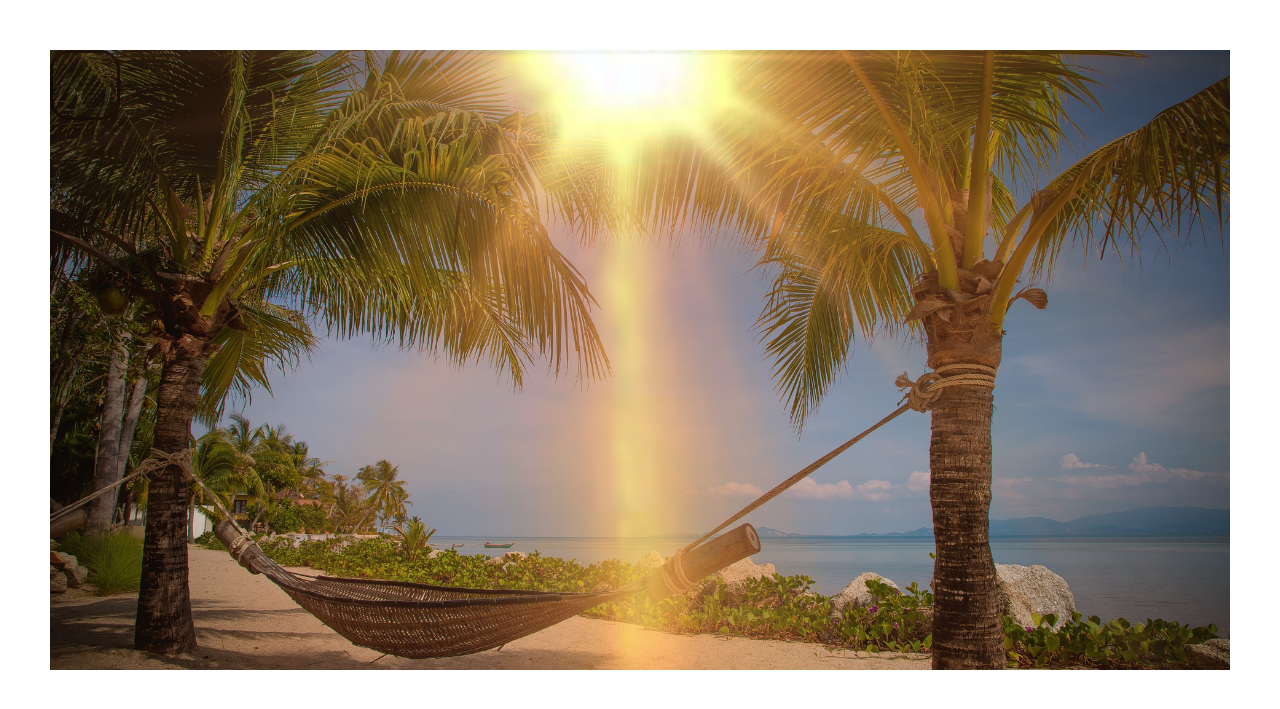
Repository: NadiaSchmitz/wetter.githab.io
Page: index.html
The author's editor kept a record of every edit. The page is drawn from the files as they stood at one moment, then again after the next edit.
The browser window is 1280 px wide. The pictures show the whole page.

Above is the page before.

### index.html
<!DOCTYPE html>
<html>

<head>
  <meta charset="utf-8" />
  <title>Das Wetter</title>
  <link rel="stylesheet" href="./styles/reset.css" type="text/css" />
  <link rel="stylesheet" href="./styles/style.css" type="text/css" />
  <link rel="stylesheet" href="./styles/icons.css" type="text/css" />
  <meta name="viewport" content="width=device-width, initial-scale=1.0">
  <link rel="preconnect" href="https://fonts.googleapis.com">
  <link rel="preconnect" href="https://fonts.gstatic.com" crossorigin>
  <link href="https://fonts.googleapis.com/css2?family=Roboto+Condensed:wght@300&display=swap" rel="stylesheet">
  <link rel="shortcut icon" href="images/favicon.png" type="image/x-icon">
  <script src="https://ajax.googleapis.com/ajax/libs/jquery/2.2.0/jquery.min.js"></script>

</head>

<body>
  <section class="wrapper">
    <section class="inner_wrapper">
      <div class="weather">
        <div class="layout"></div>
        <div class="status">
          <div class=""></div>
          <div class=""></div>
          <div class=""></div>
          <div class=""></div>
          <div class=""></div>
          <div class=""></div>
        </div>
      </div>
    </section>
  </section>
  <script type="text/javascript" src="./js/weather.js"></script>
  <script type="text/javascript" src="./js/general.js"></script>
</body>

</html>

### styles/reset.css
html, body, div, span, applet, object, iframe,
h1, h2, h3, h4, h5, h6, p, blockquote, pre,
a, abbr, acronym, address, big, cite, code,
del, dfn, em, img, ins, kbd, q, s, samp,
small, strike, strong, sub, sup, tt, var,
b, u, i, center,
dl, dt, dd, ol, ul, li,
fieldset, form, label, legend,
table, caption, tbody, tfoot, thead, tr, th, td,
article, aside, canvas, details, embed,
figure, figcaption, footer, header, hgroup,
menu, nav, output, ruby, section, summary,
time, mark, audio, video {
	margin: 0;
	padding: 0;
	box-sizing: border-box;
	border: 0;
	font-size: 100%;
	font: inherit;
	vertical-align: baseline;
}
/* HTML5 display-role reset for older browsers */
article, aside, details, figcaption, figure,
footer, header, hgroup, menu, nav, section {
	display: block;
}
body {
	line-height: 1;
}
ol, ul {
	list-style: none;
}
blockquote, q {
	quotes: none;
}
blockquote:before, blockquote:after,
q:before, q:after {
	content: '';
	content: none;
}
table {
	border-collapse: collapse;
	border-spacing: 0;
}

### styles/style.css
.inner_wrapper {

}

.weather {
  position: relative;
  background-image: url(../images/palm.jpg);
  background-size: cover;
  background-repeat: no-repeat;
  background-position: 50%;
  margin: 50px auto 0;
}

.layout {
  position: absolute;
  top: 0;
  bottom: 0;
  left: 0;
  right: 0;
  background-image: url(../images/sunshine.png);
  background-size: cover;
  background-position: 40% 0;
}

.status {
  width: 70px;
  height: 70px;
  border-radius: 20px;
  border-width: 3px;
  border-style: solid;
}

.status_temperature {
  border-color: #dbb33a;
}

.status_sun {
  border-color: #ffeb3b;
}

.status_clouds {
  border-color: #c7e5f3;
}

.status_rain {
  border-color: #51a4e7;
}

.status_snow {
  border-color: #ffffff;
}

.status_wind {
  border-color: blue;
}

### styles/icons.css
.status_temperature {
    background-image: url('data:[embedded picture, 1474 characters]');
}

.status_sun {
    background-image: ;
}

### js/general.js
$(document).ready(function() {
    var widthScreen = $(window).width() - 100;
    var heightScreen = $(window).height() - 100;

    var screenRatio = widthScreen / heightScreen;

    console.log(widthScreen);
    console.log(heightScreen);
    console.log(screenRatio);

    $(".weather").css("width", widthScreen);
    $(".weather").css("height", heightScreen);
})

Loaded but not shown: js/weather.js (no copy from this time; the picture is the same without it)

After the next edit:
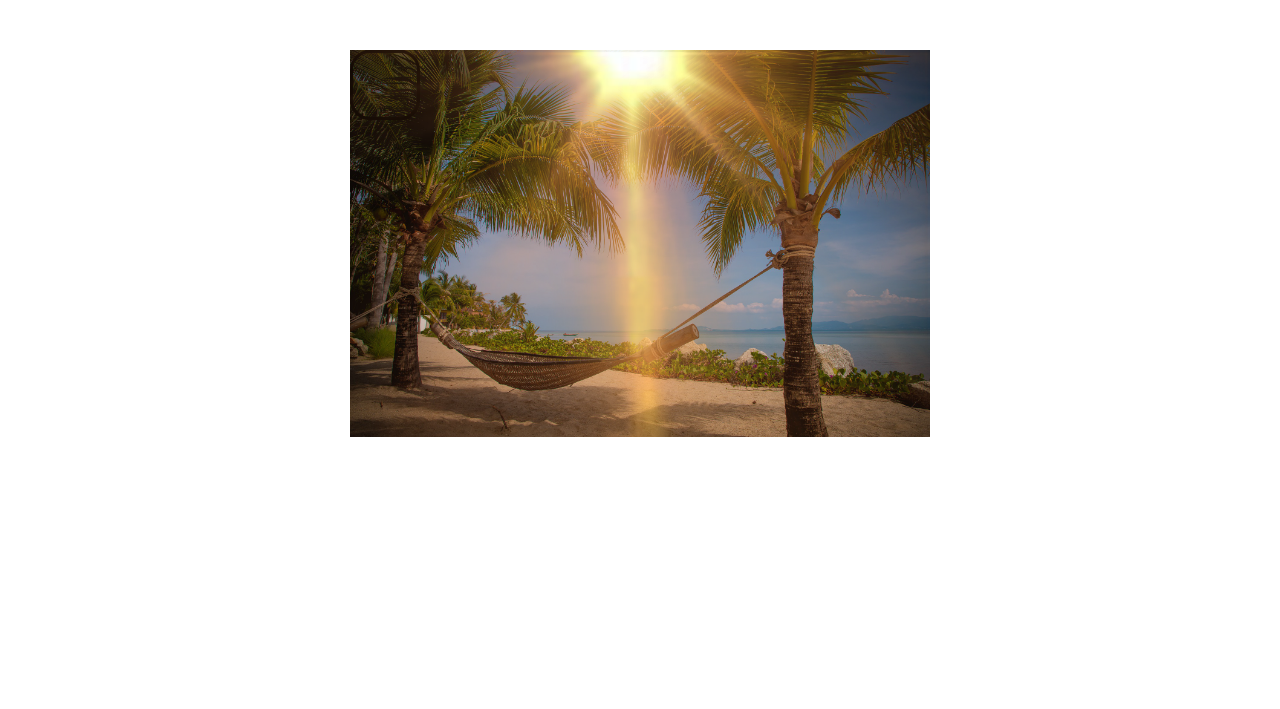
The edit:
--- a/js/general.js
+++ b/js/general.js
@@ -1,6 +1,6 @@
 $(document).ready(function() {
-    var widthScreen = $(window).width() - 100;
-    var heightScreen = $(window).height() - 100;
+    var widthScreen = $(window).width() - 700;
+    var heightScreen = widthScreen / 1.5;
 
     var screenRatio = widthScreen / heightScreen;
 
